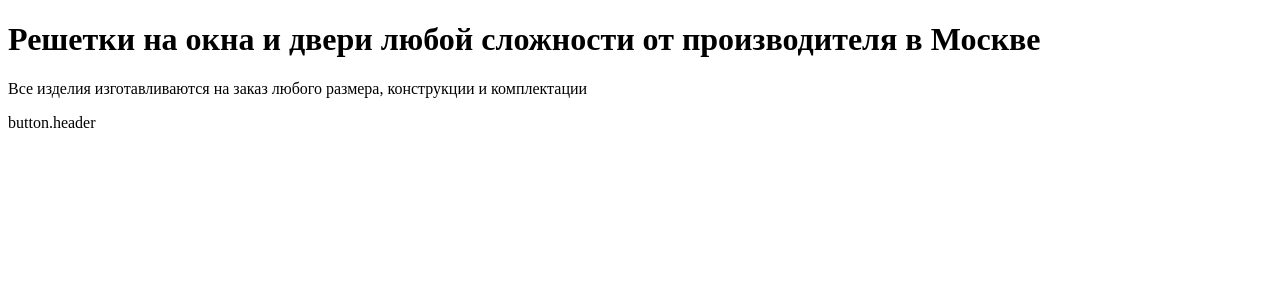
Repository: Nisovaki/https---github.com-Nisovaki-test
Page: Index.html
An editor plug-in stored every save of this project. The page is shown before and after the next save, followed by the edit.
The browser window is 1280 px wide. The pictures show the whole page.

Above is the page before, as saved 2022-05-13 11:39:55.

### Index.html
<!DOCTYPE html>
<html lang="ru">
<head>
  <meta charset="UTF-8">
  <meta http-equiv="X-UA-Compatible" content="IE=edge">
  <meta name="viewport" content="width=device-width, initial-scale=1.0">
  <title>Решетки</title>
</head>
<body>
  <div class="header">
    <div class="container">
      <h1 class="header__title">Решетки на окна и двери любой сложности от производителя в Москве</h1>
      <p class="header__text">Все изделия изготавливаются на заказ любого размера, конструкции и комплектации</p>
      button.header
    </div>
  </div>
</body>
</html>

After the next save:
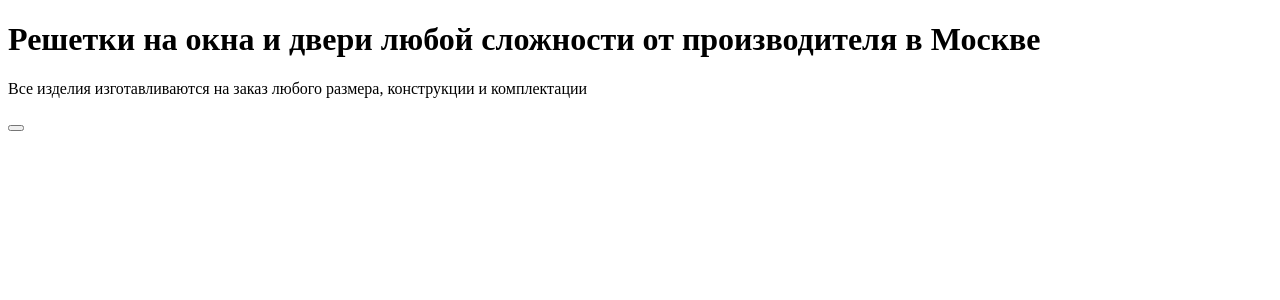
Saved 5 s later.
--- a/Index.html
+++ b/Index.html
@@ -11,7 +11,7 @@
     <div class="container">
       <h1 class="header__title">Решетки на окна и двери любой сложности от производителя в Москве</h1>
       <p class="header__text">Все изделия изготавливаются на заказ любого размера, конструкции и комплектации</p>
-      button.header
+      <button class="header-button"></button>
     </div>
   </div>
 </body>
